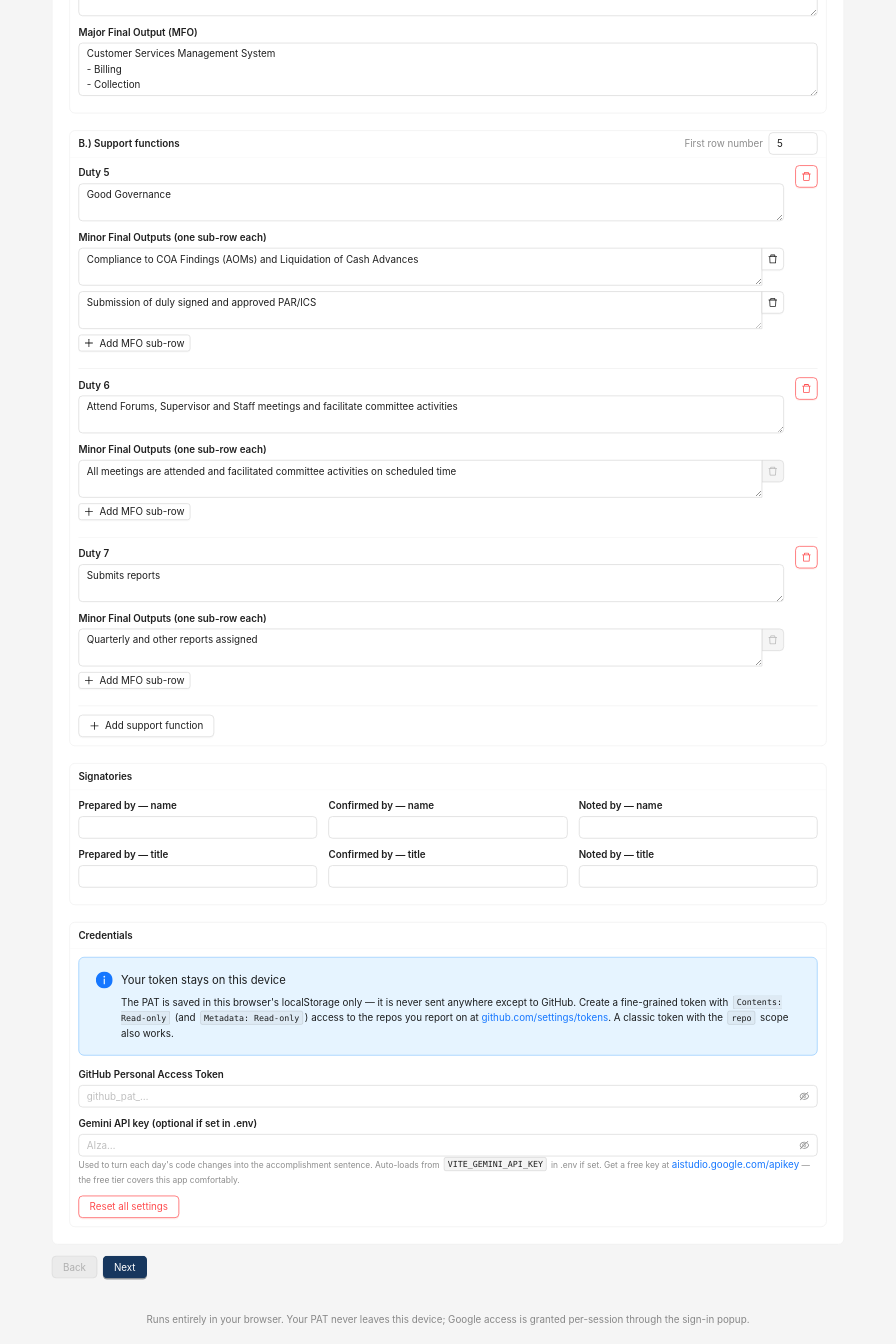
Repository: cerejie1342/Dar-Generator
Page: /
These files come from the project's save history. The page is drawn as it stood at one moment and after the next save; the edit follows.
The browser window is 1280 px wide. The pictures show the part of the page from y = 800 to 2720 px (the page is 2720 px tall before and 2676 px after), at 70% of full size.
The page's requests for data from a server got no answer. The project was rebuilt for these pictures with package versions that can differ from the ones it lists, and the page was loaded fresh each time. No one was signed in, and anything a server would have sent is missing. Also part of the build but not shown: src/api/googleAuth.ts, src/api/googleSheets.ts, src/components/DatesStep.tsx, src/components/CommitsStep.tsx, src/components/PreviewStep.tsx, src/api/excelExport.ts, src/components/GenerateStep.tsx.

Above is the page before, as saved 2026-07-15 04:00:34.

### index.html
<!doctype html>
<html lang="en">
  <head>
    <meta charset="UTF-8" />
    <meta name="viewport" content="width=device-width, initial-scale=1.0, viewport-fit=cover" />
    <meta name="theme-color" content="#17375E" />
    <meta name="description" content="Daily Accomplishment Report Generator for Philippine Government Agencies" />
    <meta name="apple-mobile-web-app-capable" content="yes" />
    <meta name="apple-mobile-web-app-status-bar-style" content="black-translucent" />
    <meta name="apple-mobile-web-app-title" content="DAR" />
    <meta name="mobile-web-app-capable" content="yes" />
    <title>DAR Generator</title>
    <link rel="manifest" href="/manifest.webmanifest" />
    <link rel="icon" href="data:[embedded picture, 269 characters]" />
    <link rel="apple-touch-icon" href="data:[embedded picture, 269 characters]" />
    <script src="https://accounts.google.com/gsi/client" async defer></script>
  </head>
  <body>
    <div id="root"></div>
    <script type="module" src="/src/main.tsx"></script>
  </body>
</html>

### src/main.tsx
import React from 'react';
import ReactDOM from 'react-dom/client';
import { App as AntApp, ConfigProvider } from 'antd';
import App from './App';
import './index.css';

if ('serviceWorker' in navigator) {
  navigator.serviceWorker.register('/sw.js', { scope: '/' }).catch(() => {
    // Service worker registration can fail if not available in dev
  });
}

ReactDOM.createRoot(document.getElementById('root')!).render(
  <React.StrictMode>
    <ConfigProvider theme={{ token: { colorPrimary: '#17375E' } }}>
      <AntApp>
        <App />
      </AntApp>
    </ConfigProvider>
  </React.StrictMode>,
);

### src/index.css
body {
  margin: 0;
  font-family: -apple-system, BlinkMacSystemFont, 'Segoe UI', Roboto, Arial, sans-serif;
  background: #f5f5f5;
}

### src/components/ProfileStep.tsx
import { Alert, Button, Card, Col, Divider, Input, InputNumber, Row, Space, Typography } from 'antd';
import { DeleteOutlined, PlusOutlined } from '@ant-design/icons';
import type { Settings, SupportFunction } from '../types';

const { Text, Link } = Typography;

interface Props {
  settings: Settings;
  onChange: (patch: Partial<Settings>) => void;
  onReset: () => void;
}

function Field({ label, children }: { label: string; children: React.ReactNode }) {
  return (
    <div style={{ marginBottom: 12 }}>
      <Text strong style={{ display: 'block', marginBottom: 4 }}>
        {label}
      </Text>
      {children}
    </div>
  );
}

export default function ProfileStep({ settings, onChange, onReset }: Props) {
  const updateSupport = (id: string, patch: Partial<SupportFunction>) => {
    onChange({
      supportFunctions: settings.supportFunctions.map((fn) =>
        fn.id === id ? { ...fn, ...patch } : fn,
      ),
    });
  };

  return (
    <Space direction="vertical" size="large" style={{ width: '100%' }}>
      <Card title="Employee profile" size="small">
        <Row gutter={16}>
          <Col xs={24} md={12}>
            <Field label="Name of PBE">
              <Input
                value={settings.pbeName}
                onChange={(e) => onChange({ pbeName: e.target.value })}
                placeholder="CER EJIE C. LISONDATO"
              />
            </Field>
            <Field label="Position Title">
              <Input
                value={settings.positionTitle}
                onChange={(e) => onChange({ positionTitle: e.target.value })}
                placeholder="Senior Computer Services Programmer"
              />
            </Field>
            <Field label="Department">
              <Input
                value={settings.department}
                onChange={(e) => onChange({ department: e.target.value })}
              />
            </Field>
          </Col>
          <Col xs={24} md={12}>
            <Field label="Unit">
              <Input value={settings.unit} onChange={(e) => onChange({ unit: e.target.value })} />
            </Field>
            <Field label="Immediate Supervisor">
              <Input
                value={settings.supervisor}
                onChange={(e) => onChange({ supervisor: e.target.value })}
              />
            </Field>
          </Col>
        </Row>
      </Card>

      <Card title="Report header" size="small">
        <Row gutter={16}>
          <Col xs={24} md={12}>
            <Field label="Organization name">
              <Input
                value={settings.orgName}
                onChange={(e) => onChange({ orgName: e.target.value })}
              />
            </Field>
            <Field label="Address line">
              <Input
                value={settings.orgAddress}
                onChange={(e) => onChange({ orgAddress: e.target.value })}
              />
            </Field>
          </Col>
          <Col xs={24} md={12}>
            <Field label="Report title">
              <Input
                value={settings.reportTitle}
                onChange={(e) => onChange({ reportTitle: e.target.value })}
              />
            </Field>
          </Col>
        </Row>
      </Card>

      <Card title="A.) Core function" size="small">
        <Field label="Duty description">
          <Input.TextArea
            rows={2}
            value={settings.coreDuty}
            onChange={(e) => onChange({ coreDuty: e.target.value })}
          />
        </Field>
        <Field label="Major Final Output (MFO)">
          <Input.TextArea
            rows={3}
            value={settings.coreMfo}
            onChange={(e) => onChange({ coreMfo: e.target.value })}
          />
        </Field>
      </Card>

      <Card
        title="B.) Support functions"
        size="small"
        extra={
          <Space>
            <Text type="secondary">First row number</Text>
            <InputNumber
              min={1}
              value={settings.supportStartNumber}
              onChange={(v) => onChange({ supportStartNumber: v ?? 5 })}
              style={{ width: 70 }}
            />
          </Space>
        }
      >
        {settings.supportFunctions.map((fn, i) => (
          <div key={fn.id}>
            {i > 0 && <Divider style={{ margin: '12px 0' }} />}
            <Row gutter={16} align="top">
              <Col flex="auto">
                <Field label={`Duty ${settings.supportStartNumber + i}`}>
                  <Input.TextArea
                    rows={2}
                    value={fn.name}
                    onChange={(e) => updateSupport(fn.id, { name: e.target.value })}
                  />
                </Field>
                <Field label="Minor Final Outputs (one sub-row each)">
                  <Space direction="vertical" style={{ width: '100%' }}>
                    {fn.mfos.map((mfo, j) => (
                      <Space.Compact key={j} style={{ width: '100%' }}>
                        <Input.TextArea
                          rows={2}
                          value={mfo}
                          onChange={(e) =>
                            updateSupport(fn.id, {
                              mfos: fn.mfos.map((m, k) => (k === j ? e.target.value : m)),
                            })
                          }
                        />
                        <Button
                          icon={<DeleteOutlined />}
                          disabled={fn.mfos.length === 1}
                          onClick={() =>
                            updateSupport(fn.id, { mfos: fn.mfos.filter((_, k) => k !== j) })
                          }
                        />
                      </Space.Compact>
                    ))}
                    <Button
                      size="small"
                      icon={<PlusOutlined />}
                      onClick={() => updateSupport(fn.id, { mfos: [...fn.mfos, ''] })}
                    >
                      Add MFO sub-row
                    </Button>
                  </Space>
                </Field>
              </Col>
              <Col>
                <Button
                  danger
                  icon={<DeleteOutlined />}
                  disabled={settings.supportFunctions.length === 1}
                  onClick={() =>
                    onChange({
                      supportFunctions: settings.supportFunctions.filter((f) => f.id !== fn.id),
                    })
                  }
                />
              </Col>
            </Row>
          </div>
        ))}
        <Divider style={{ margin: '12px 0' }} />
        <Button
          icon={<PlusOutlined />}
          onClick={() =>
            onChange({
              supportFunctions: [
                ...settings.supportFunctions,
                { id: crypto.randomUUID(), name: '', mfos: [''] },
              ],
            })
          }
        >
          Add support function
        </Button>
      </Card>

      <Card title="Signatories" size="small">
        <Row gutter={16}>
          {(
            [
              ['Prepared by', 'preparedBy'],
              ['Confirmed by', 'confirmedBy'],
              ['Noted by', 'notedBy'],
            ] as const
          ).map(([label, key]) => (
            <Col xs={24} md={8} key={key}>
              <Field label={`${label} — name`}>
                <Input
                  value={settings[key].name}
                  onChange={(e) => onChange({ [key]: { ...settings[key], name: e.target.value } })}
                />
              </Field>
              <Field label={`${label} — title`}>
                <Input
                  value={settings[key].title}
                  onChange={(e) => onChange({ [key]: { ...settings[key], title: e.target.value } })}
                />
              </Field>
            </Col>
          ))}
        </Row>
      </Card>

      <Card title="Credentials" size="small">
        <Alert
          type="info"
          showIcon
          style={{ marginBottom: 16 }}
          message="Your token stays on this device"
          description={
            <>
              The PAT is saved in this browser's localStorage only — it is never sent anywhere
              except to GitHub. Create a fine-grained token with <Text code>Contents: Read-only</Text>{' '}
              (and <Text code>Metadata: Read-only</Text>) access to the repos you report on at{' '}
              <Link href="https://github.com/settings/tokens" target="_blank">
                github.com/settings/tokens
              </Link>
              . A classic token with the <Text code>repo</Text> scope also works.
            </>
          }
        />
        <Field label="GitHub Personal Access Token">
          <Input.Password
            value={settings.githubToken}
            onChange={(e) => onChange({ githubToken: e.target.value })}
            placeholder="github_pat_…"
            autoComplete="off"
          />
        </Field>
        <Field label="Gemini API key (optional if set in .env)">
          <Input.Password
            value={settings.geminiApiKey}
            onChange={(e) => onChange({ geminiApiKey: e.target.value })}
            placeholder="AIza…"
            autoComplete="off"
          />
          <Text type="secondary" style={{ fontSize: 12 }}>
            Used to turn each day's code changes into the accomplishment sentence. Auto-loads from{' '}
            <Text code>VITE_GEMINI_API_KEY</Text> in .env if set. Get a free key at{' '}
            <Link href="https://aistudio.google.com/apikey" target="_blank">
              aistudio.google.com/apikey
            </Link>
            {' '}— the free tier covers this app comfortably.
          </Text>
        </Field>
        <Button danger onClick={onReset}>
          Reset all settings
        </Button>
      </Card>
    </Space>
  );
}

### src/lib/commitText.ts
import type { Commit } from '../types';

const CONVENTIONAL = /^(feat|fix|chore|docs|style|refactor|perf|test|build|ci|revert|wip|init)(\([^)]*\))?!?:\s*/i;
const MERGE = /^(merge (branch|pull request|remote-tracking)|revert ")/i;

/** First line of a commit message, without its conventional-commit prefix. */
export function cleanMessage(message: string): string {
  const first = message.split('\n')[0].trim();
  const stripped = first.replace(CONVENTIONAL, '').trim();
  if (!stripped) return '';
  return stripped.charAt(0).toUpperCase() + stripped.slice(1);
}

/** One day's commits collapsed into the text that goes in the DAR cell. */
export function summarize(commits: Commit[]): string {
  const lines: string[] = [];
  const seen = new Set<string>();
  for (const commit of commits) {
    const first = commit.message.split('\n')[0].trim();
    if (MERGE.test(first)) continue;
    const line = cleanMessage(commit.message);
    if (!line) continue;
    const key = line.toLowerCase().replace(/[^a-z0-9]+/g, ' ').trim();
    if (seen.has(key)) continue;
    seen.add(key);
    lines.push(line);
  }
  return lines.join('\n');
}

### src/lib/storage.ts
import type { Settings } from '../types';

const KEY = 'dar-generator-settings-v1';

export const DEFAULT_SETTINGS: Settings = {
  pbeName: '',
  positionTitle: '',
  department: 'Information and Communications Technology Department',
  unit: '',
  supervisor: '',

  orgName: 'DAVAO CITY WATER DISTRICT',
  orgAddress: 'Km. 2.5 Mac Arthur Highway, Matina, Davao City',
  reportTitle: 'Project-Based Employee Daily Accomplishment Report',

  coreDuty: 'Development of ERP- Customer Services Management System-BCA.',
  coreMfo: 'Customer Services Management System\n- Billing\n- Collection',

  supportFunctions: [
    {
      id: 'good-governance',
      name: 'Good Governance',
      mfos: [
        'Compliance to COA Findings (AOMs) and Liquidation of Cash Advances',
        'Submission of duly signed and approved PAR/ICS',
      ],
    },
    {
      id: 'meetings',
      name: 'Attend Forums, Supervisor and Staff meetings and facilitate committee activities',
      mfos: ['All meetings are attended and facilitated committee activities on scheduled time'],
    },
    {
      id: 'reports',
      name: 'Submits reports',
      mfos: ['Quarterly and other reports assigned'],
    },
  ],
  supportStartNumber: 5,

  preparedBy: { name: '', title: '' },
  confirmedBy: { name: '', title: '' },
  notedBy: { name: '', title: '' },

  githubToken: '',
  googleClientId: import.meta.env.VITE_GOOGLE_CLIENT_ID ?? '',
  geminiApiKey: '',
};

export function loadSettings(): Settings {
  try {
    const raw = localStorage.getItem(KEY);
    if (!raw) return { ...DEFAULT_SETTINGS };
    const parsed = JSON.parse(raw) as Partial<Settings>;
    return {
      ...DEFAULT_SETTINGS,
      ...parsed,
      preparedBy: { ...DEFAULT_SETTINGS.preparedBy, ...parsed.preparedBy },
      confirmedBy: { ...DEFAULT_SETTINGS.confirmedBy, ...parsed.confirmedBy },
      notedBy: { ...DEFAULT_SETTINGS.notedBy, ...parsed.notedBy },
      supportFunctions: parsed.supportFunctions?.length
        ? parsed.supportFunctions
        : DEFAULT_SETTINGS.supportFunctions,
      // An env-provided Client ID wins unless the user typed their own.
      googleClientId: parsed.googleClientId || DEFAULT_SETTINGS.googleClientId,
    };
  } catch {
    return { ...DEFAULT_SETTINGS };
  }
}

export function saveSettings(settings: Settings): void {
  localStorage.setItem(KEY, JSON.stringify(settings));
}

export function resetSettings(): void {
  localStorage.removeItem(KEY);
}

Loaded but not shown: src/App.tsx (261 lines, source omitted); src/api/gemini.ts (182 lines, source omitted); src/api/github.ts (192 lines, source omitted); src/lib/distribute.ts (90 lines, source omitted)

After the next save:
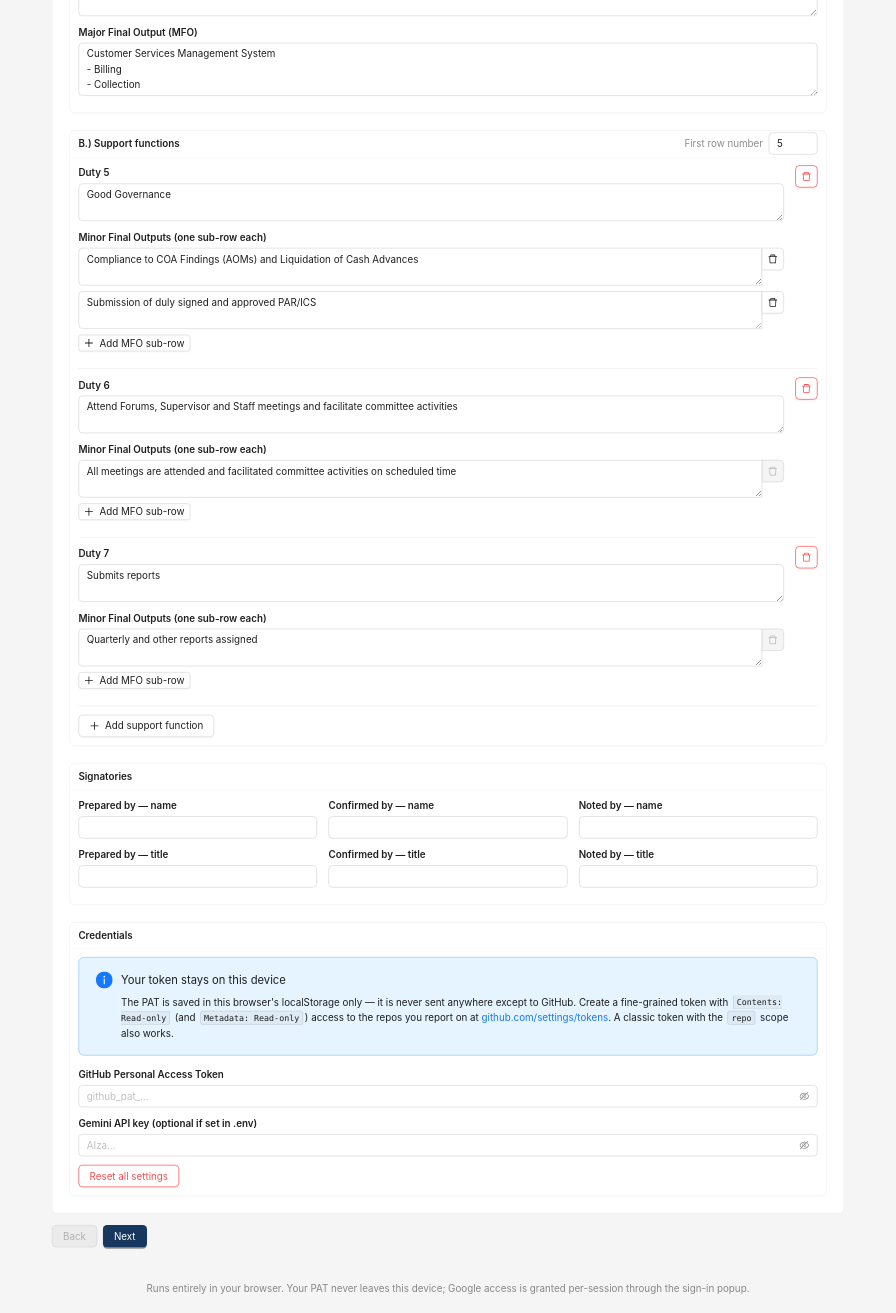
Saved 72 s later.
--- a/src/components/ProfileStep.tsx
+++ b/src/components/ProfileStep.tsx
@@ -264,7 +264,7 @@
             placeholder="AIza…"
             autoComplete="off"
           />
-          <Text type="secondary" style={{ fontSize: 12 }}>
+          <Text hidden type="secondary" style={{ fontSize: 12 }}>
             Used to turn each day's code changes into the accomplishment sentence. Auto-loads from{' '}
             <Text code>VITE_GEMINI_API_KEY</Text> in .env if set. Get a free key at{' '}
             <Link href="https://aistudio.google.com/apikey" target="_blank">

After the save that followed:
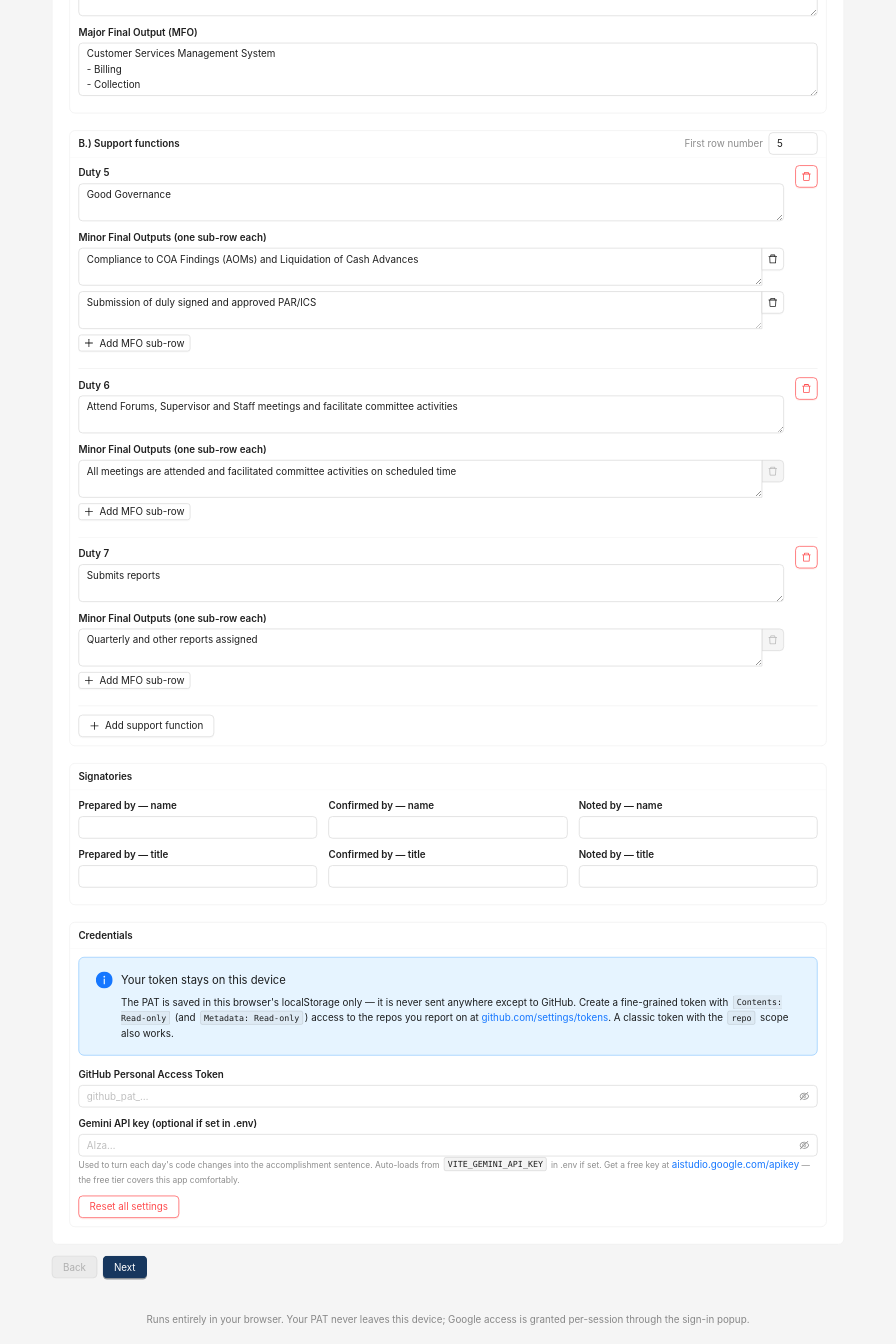
Saved 13 s later.
--- a/src/components/ProfileStep.tsx
+++ b/src/components/ProfileStep.tsx
@@ -264,7 +264,7 @@
             placeholder="AIza…"
             autoComplete="off"
           />
-          <Text hidden type="secondary" style={{ fontSize: 12 }}>
+          <Text type="secondary" style={{ fontSize: 12 }}>
             Used to turn each day's code changes into the accomplishment sentence. Auto-loads from{' '}
             <Text code>VITE_GEMINI_API_KEY</Text> in .env if set. Get a free key at{' '}
             <Link href="https://aistudio.google.com/apikey" target="_blank">
